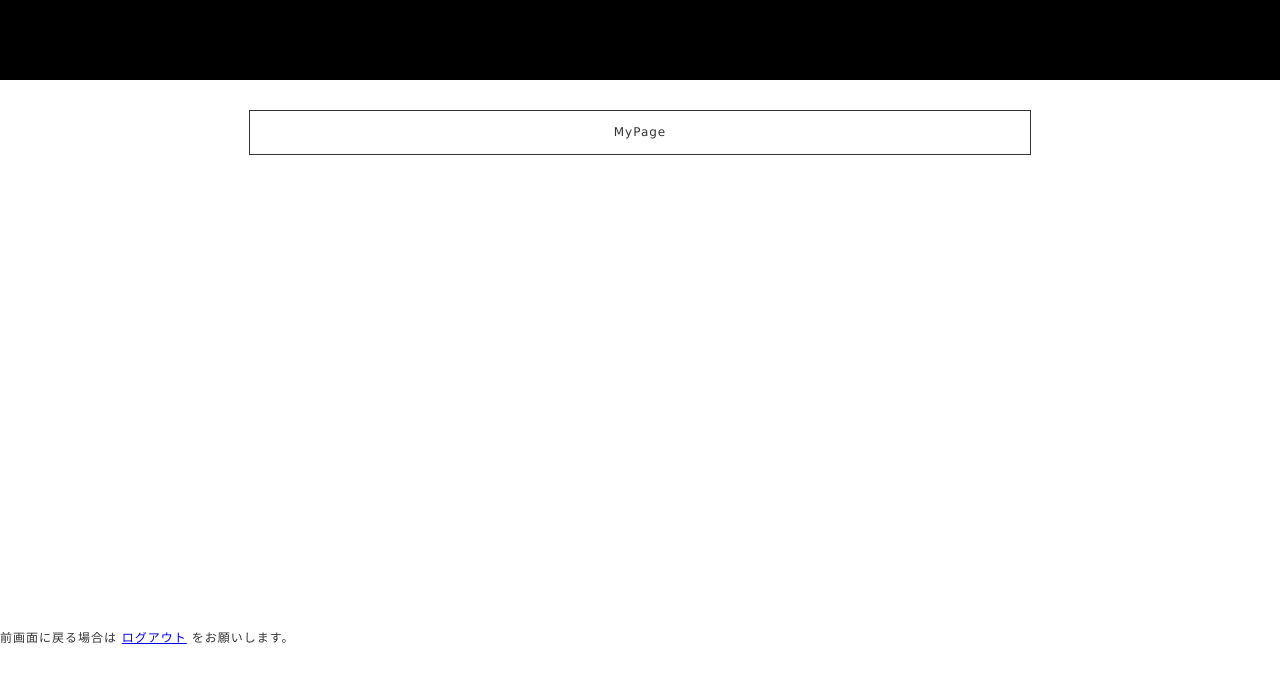
Repository: manchesterunited0128/test
Page: http://localhost/template/myPage.jsp
An editor plug-in stored every save of this project. The page is shown before and after the next save, followed by the edit.
The browser window is 1280 px wide. The pictures show the whole page.
The page is served by Tomcat 9. Other server files are loaded and not shown.

Above is the page before, as saved 2019-09-26 08:43:44.

### template/WebContent/myPage.jsp
<%@ page language="java" contentType="text/html; charset=UTF-8"
    pageEncoding="UTF-8"%>
    <%@ taglib prefix="s" uri="/struts-tags" %>
<!DOCTYPE html PUBLIC "-//W3C//DTD HTML 4.01 Transitional//EN" "http://www.w3.org/TR/html4/loose.dtd">
<html>
<head>
<meta http-equiv="Content-Type" content="text/html; charset=UTF-8">
<link rel="stylesheet" type="text/css" href="./css/style.css">
<title>MyPage画面</title>
</head>
<body>
	<div id="header">
	</div>
	<div id="main">
		<div id ="top">
			<p>MyPage</p>
		</div>
	</div>
	<s:if test="session.message==''">
		<h3>ご購入情報は以下になります。</h3>
		<table>
			<tr>
				<td>商品名</td>
				<td><s:property value="session.buyItem_name"/></td>
			</tr>

			<tr>
				<td>値段</td>
				<td>
					<s:property value="session.total_price"/>
					<span>円</span>
				</td>
			</tr>
			<tr>
				<td>購入個数</td>
				<td>
					<s:property value="session.total_count"/>
						<span>個</span>
				</td>
			</tr>
			<tr>
				<td>支払い方法</td>
				<td><s:property value="session.total_payment"/></td>
			</tr>

		</table>
		<s:form action="MyPageAction">
			<input type="hidden" name="deleteFlg" value="1"	>
			<s:submit value="削除"/>
		</s:form>
	</s:if>
	<s:if test="session.message != null">
		<h3><s:property value="session.message"/></h3>
	</s:if>
		<div>
			<br>
			<span>前画面に戻る場合は</span>
			<a href='<s:url action="HomeAction"/>'>ログアウト</a>
			<span>をお願いします。</span>
		</div>
	</div
</div>
</body>
</html>

### template/WebContent/css/style.css
body{
	margin:0;
	padding:0;
	line-height:1.6;
	letter-spacing:1px;
	font-family:Verdana,Helvetica,sans-serif;
	font-size:12px;
	color:#333;
	background:fff;
}
table{
	text-align:center;
	margin:0 auto;
}

#top{
	width:780px;
	margin:30px auto;
	border:1px solid #333;
}

#header{
	width:100%;
	height:80px;
	background-color:black;
}

#main{
	width:100%;
	height:500px;
	text-align:center;
}

#footer{
	width:100%;
	height:80px;
	background-color:black;
	clear:both;
}

After the next save:
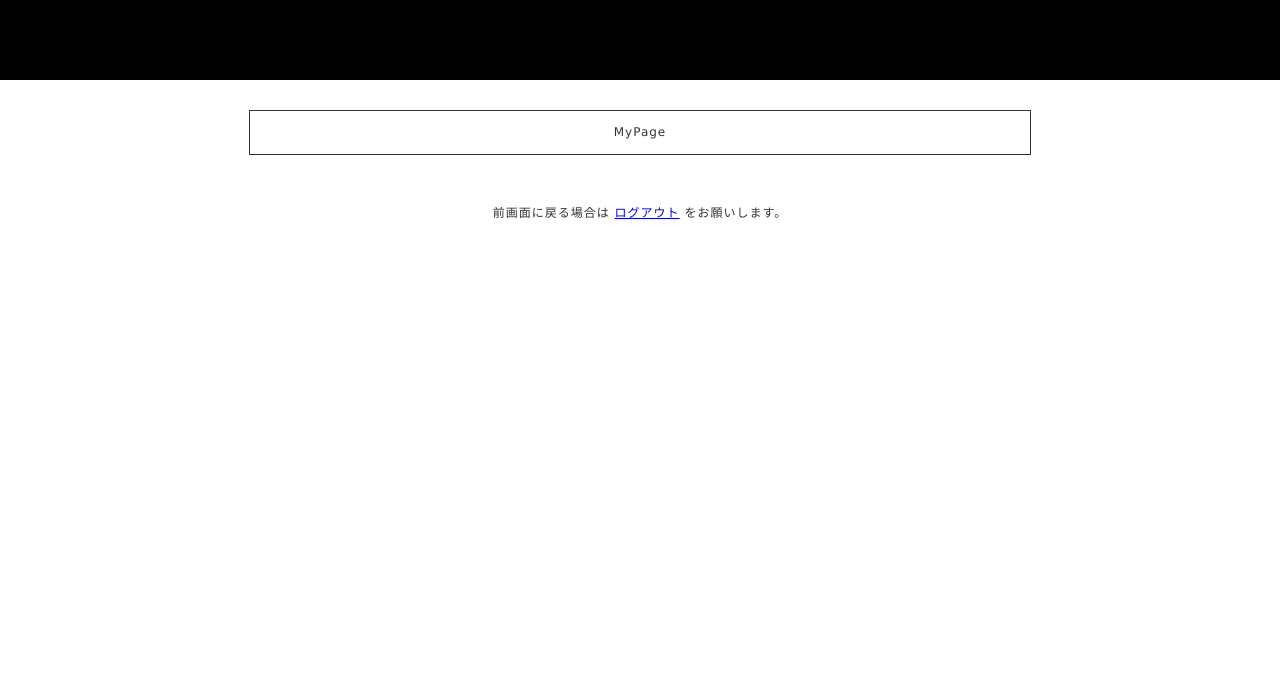
Saved 76 s later.
--- a/template/WebContent/myPage.jsp
+++ b/template/WebContent/myPage.jsp
@@ -15,7 +15,7 @@
 		<div id ="top">
 			<p>MyPage</p>
 		</div>
-	</div>
+	<div>
 	<s:if test="session.message==''">
 		<h3>ご購入情報は以下になります。</h3>
 		<table>
